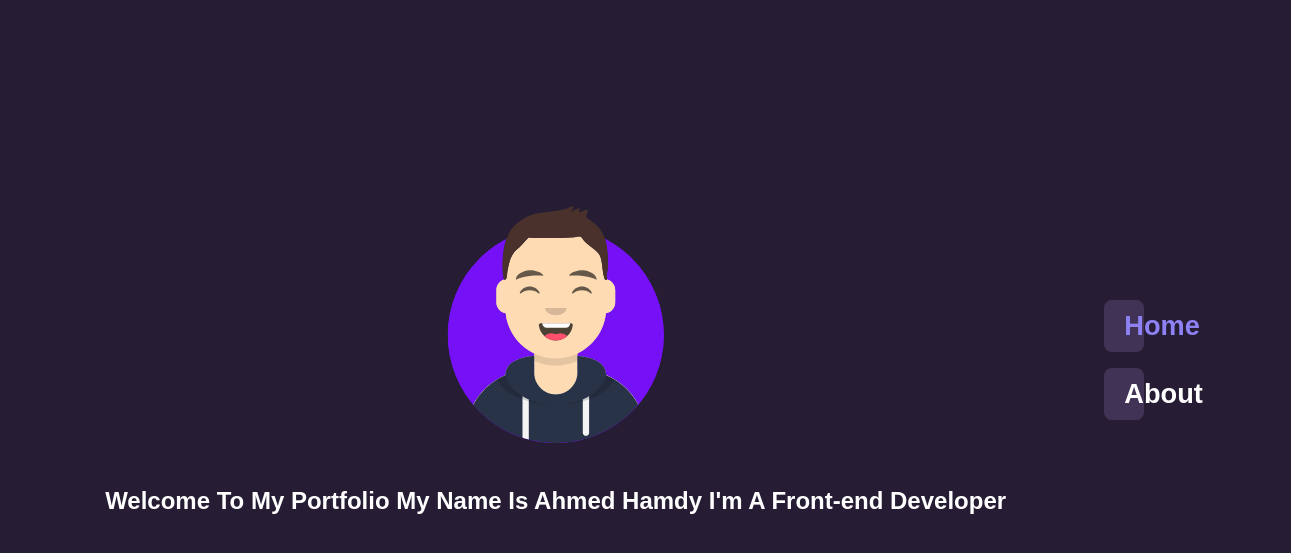
Repository: ahamdy997/portfolio
Page: /
An editor plug-in stored every save of this project. The page is shown before and after the next save, followed by the edit.
The browser window is 1280 px wide. The page is 1280 px wide, then 1291 px, then 1280 px, so the pictures cover 1291 px, including what lies to the right of the window. The pictures show the whole page.
The project was rebuilt for these pictures with package versions that can differ from the ones it lists, and the page was loaded fresh each time. Also part of the build but not shown: vue.config.js.

Above is the page before, as saved 2023-11-05 23:06:54.

After the next save:
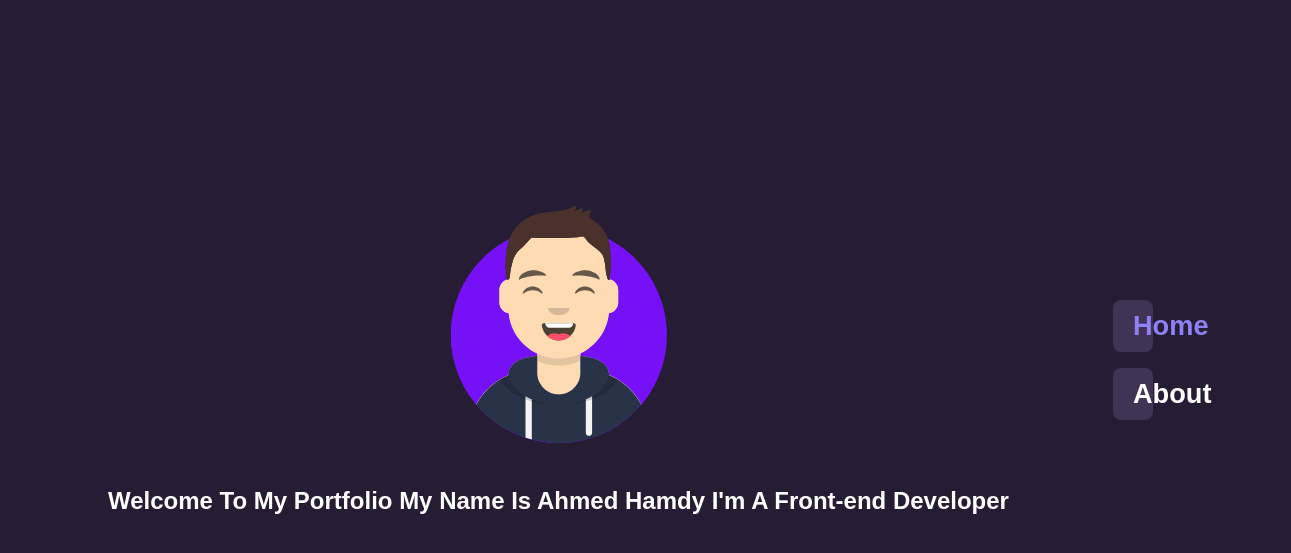
Saved 37 s later.
--- a/src/App.vue
+++ b/src/App.vue
@@ -16,14 +16,14 @@
   padding: 0;
   margin: 0;
 }
-#app {
+/* #app {
   width: 100%;
   height: 100vh;
   display: flex;
   align-items: center;
   justify-content: space-between;
   text-align: center;
-}
+} */
 .flex {
   display: flex;
   align-items: center;
@@ -43,12 +43,17 @@
   flex-direction: column;
   gap: 1rem;
   width: 20%;
-  align-self: flex-end;
 }
 body {
   font-family: sans-serif;
   background: #261c33;
   color: #fff;
+  width: 100%;
+  height: 100vh;
+  display: flex;
+  align-items: center;
+  justify-content: space-between;
+  text-align: center;
 }
 nav a {
   font-weight: bold;

After the save that followed:
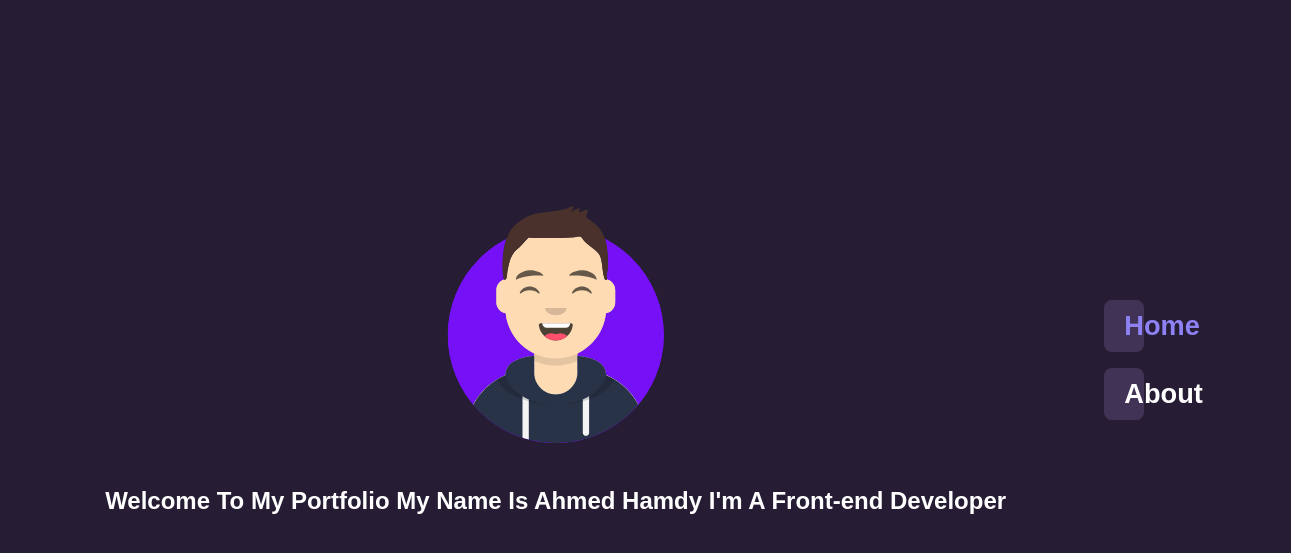
Saved 9 s later.
--- a/src/App.vue
+++ b/src/App.vue
@@ -16,14 +16,14 @@
   padding: 0;
   margin: 0;
 }
-/* #app {
+#app {
   width: 100%;
   height: 100vh;
   display: flex;
   align-items: center;
   justify-content: space-between;
   text-align: center;
-} */
+}
 .flex {
   display: flex;
   align-items: center;
@@ -48,12 +48,6 @@
   font-family: sans-serif;
   background: #261c33;
   color: #fff;
-  width: 100%;
-  height: 100vh;
-  display: flex;
-  align-items: center;
-  justify-content: space-between;
-  text-align: center;
 }
 nav a {
   font-weight: bold;
